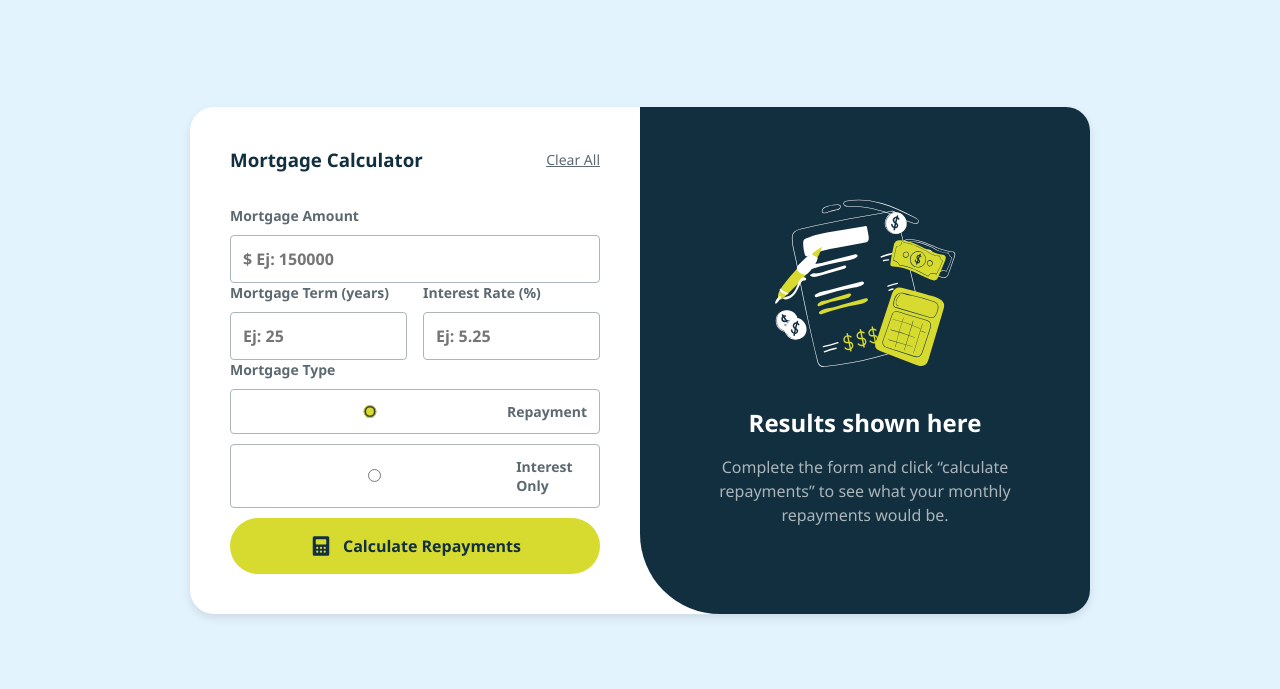
Repository: GravielPV/Mortgage-repayment-calculator
Page: index.html
These files come from the project's save history. The page is drawn as it stood at one moment and after a run of saves; the edit follows.
The browser window is 1280 px wide. The pictures show the whole page.

Above is the page before, as saved 2025-12-14 14:15:22.

### index.html
<!DOCTYPE html>
<html lang="en">
<head>
  <meta charset="UTF-8">
  <meta name="viewport" content="width=device-width, initial-scale=1.0"> <!-- displays site properly based on user's device -->

  <link rel="icon" type="image/png" sizes="32x32" href="./assets/images/favicon-32x32.png">
  <link rel="stylesheet" href="styles.css">
  <title>Frontend Mentor | Mortgage repayment calculator</title>


</head>
<body>
  <div class="carta">



  <div class="lado-izquierdo">

    <div class="header-form">
      <h3>Mortgage Calculator</h3>
      <a href="#" id="clear-all">Clear All</a>
    </div>

    <form id="mortgage-form">

      <!-- Mortgage Amount -->
      <div class="campo">
        <label for="input-mortgage">Mortgage Amount</label>

        <input
          type="number"
          id="input-mortgage"
          name="mortgage"
          placeholder="$ Ej: 150000">
      </div>

      <!-- Mortgage Term & Interest Rate -->
      <div class="grupo-doble">
        <div class="campo1">
          <label for="input-term">Mortgage Term (years)</label>
          <input
            type="number"
            id="input-term"
            name="term"
            placeholder="Ej: 25">
        </div>

        <div class="campo1">
          <label for="input-interest">Interest Rate (%)</label>
          <input
            type="number"
            step="0.01"
            id="input-interest"
            name="interest"
            placeholder="Ej: 5.25">
        </div>
      </div>

      <!-- Mortgage Type -->
      <div class="campo">
        <label>Mortgage Type</label>

        <div class="radios">
          <label class="radio arriba">
            <input type="radio" name="mortgage-type" value="repayment" checked id="repayment">
            Repayment
          </label>

          <label class="radio abajo">
            <input type="radio" name="mortgage-type" value="interest-only" id="interest-only">
            Interest Only
          </label>
        </div>
      </div>

      <!-- Botón -->
      <div class="boton">

        <button type="button" onclick="calcular()"> <img src="assets/images/icon-calculator.svg" alt="calculadora icon">Calculate Repayments</button>
      </div>



    </form>

  </div>




  <!-- Empty results start -->

  <div class="derecho">

    <img src="assets/images/illustration-empty.svg" alt="mostrar">

  <h3>Results shown here</h3>

  <p>Complete the form and click “calculate repayments” to see what
  your monthly repayments would be.</p>
  </div>

  <!-- Empty results end -->

  <!-- Completed results start -->

  <div class="resultado">
    <h3>Your results</h3>
    <p>Your results are shown below based on the information you provided.
    To adjust the results, edit the form and click “calculate repayments” again.</p>

    <div class="caja-resultados">
      <p>Your monthly repayments</p>
      <h1 id="monthly-repayment"></h1>

      <hr>

      <p>Total you'll repay over the term</p>
      <h3 id="total-repayment"></h3>
    </div>
  </div>

</div>

<!-- Completed results end -->

<script src="app.js"></script>
</body>
</html>

### styles.css
* {
    box-sizing: border-box;
    margin: 0;
    padding: 0;
    font-family: 'Segoe UI', Tahoma, Geneva, Verdana, sans-serif;
}

body {
    background-color: hsl(202, 86%, 94%);
    display: flex;
    justify-content: center;
    align-items: center;
    min-height: 100vh;
}

.carta {
    width: 100%;
    max-width: 900px;
    background-color: white;
    display: flex;
    border-radius: 24px;
    overflow: hidden;
    box-shadow: 0 4px 8px 0 rgba(0, 0, 0, 0.1);
    margin: 20px;
}

/* ---- Lado Izquierdo ---- */
.lado-izquierdo {
    width: 50%;
    padding: 40px;
    display: flex;
    flex-direction: column;
    gap: 24px;
}

.header-form {
    display: flex;
    justify-content: space-between;
    align-items: center;
    margin-bottom: 10px;
}

.header-form h3 {
    color: hsl(202, 55%, 16%);
}

.header-form a {
    color: hsl(200, 10%, 40%);
    text-decoration: underline;
    font-size: 14px;
    cursor: pointer;
}

.header-form a:hover {
    color: hsl(202, 55%, 16%);
}

/* Inputs */
.campo {
    display: flex;
    flex-direction: column;
    gap: 10px;
}

.campo label, .campo1 label {
    color: hsl(200, 10%, 40%);
    font-size: 14px;
    font-weight: bold;
}

.campo input, .campo1 input {
    padding: 12px;
    border: 1px solid hsl(200, 10%, 70%);
    border-radius: 4px;
    font-size: 16px;
    font-weight: bold;
    cursor: pointer;
    width: 100%;
}

.campo input:focus, .campo1 input:focus {
    outline: none;
    border-color: hsl(61, 70%, 52%);
}

.grupo-doble {
    display: flex;
    gap: 16px;
}

.campo1 {
    display: flex;
    flex-direction: column;
    gap: 10px;
    width: 50%;
}

/* Radio buttons */
.radios {
    display: flex;
    flex-direction: column;
    gap: 10px;
}

.radio {
    display: flex;
    align-items: center;
    border: 1px solid hsl(200, 10%, 70%);
    padding: 12px;
    border-radius: 4px;
    cursor: pointer;
    gap: 10px;
    font-weight: bold;
    color: hsl(202, 55%, 16%);
}

.radio:hover {
    border-color: hsl(61, 70%, 52%);
}

.radio input {
    margin: 0;
    accent-color: hsl(61, 70%, 52%);
}

/* Boton */
.boton {
    margin-top: 10px;
}

button {
    display: flex;
    align-items: center;
    justify-content: center;
    gap: 10px;
    padding: 16px 32px;
    background-color: hsl(61, 70%, 52%);
    border: none;
    color: hsl(202, 55%, 16%);
    border-radius: 30px;
    cursor: pointer;
    font-weight: bold;
    font-size: 16px;
    width: 100%;
    transition: background-color 0.3s;
}

button:hover {
    background-color: hsl(61, 70%, 70%);
}

/* ---- Lado Derecho ---- */
.derecho {
    width: 50%;
    background-color: hsl(202, 55%, 16%);
    color: white;
    padding: 40px;
    display: flex;
    flex-direction: column;
    justify-content: center;
    align-items: center;
    text-align: center;
    border-bottom-left-radius: 80px;
}

.derecho img {
    margin-bottom: 20px;
}

.derecho h3 {
    margin-bottom: 16px;
    font-size: 24px;
}

.derecho p {
    color: hsl(200, 10%, 70%);
    line-height: 1.5;
}

.resultado {
    display: none;
}


.resultado{
    background-color: hsl(202, 55%, 16%);
}

.resultado .caja-resultados {

    background-color: hsl(201, 46%, 7%);
    color: hsl(61, 70%, 52%);
}

/* Responsive */
@media (max-width: 768px) {
    body {
        align-items: flex-start;
        background-color: white;
    }

    .carta {
        flex-direction: column;
        border-radius: 0;
        margin: 0;
        box-shadow: none;
        max-width: 100%;
    }

    .lado-izquierdo, .derecho {
        width: 100%;
        padding: 24px;
    }

    .derecho {
        border-radius: 0;
        min-height: 400px;
    }

    .grupo-doble {
        flex-direction: column;
    }

    .campo1 {
        width: 100%;
    }
}

### app.js
// INPUTS
const montoInput = document.getElementById("input-mortgage");
const yearsInput = document.getElementById("input-term");
const interesInput = document.getElementById("input-interest");

// RADIOS
const repaymentRadio = document.getElementById("repayment");
const interestOnlyRadio = document.getElementById("interest-only");

// RESULTADOS
const resultadoBox = document.querySelector(".resultado");
const derechoBox = document.querySelector(".derecho");

const monthlyText = document.getElementById("monthly-repayment");
const totalText = document.getElementById("total-repayment");

// CLEAR ALL
const clearAllBtn = document.getElementById("clear-all");

// FORMATO MONEDA
function formatoMoneda(valor) {
  return new Intl.NumberFormat("en-US", {
    style: "currency",
    currency: "USD",
    minimumFractionDigits: 2,
  }).format(valor);
}

// CALCULAR
function calcular() {
  const monto = Number(montoInput.value);
  const years = Number(yearsInput.value);
  const interes = Number(interesInput.value) / 100;

  if (!monto || !years || !interes) {
    alert("Please complete all fields");
    return;
  }

  const r = interes / 12;
  const n = years * 12;

  let pagoMensual = 0;
  let pagoTotal = 0;

  // REPAYMENT
  if (repaymentRadio.checked) {
    pagoMensual =
      (monto * r * Math.pow(1 + r, n)) /
      (Math.pow(1 + r, n) - 1);

    pagoTotal = pagoMensual * n;
  }

  // INTEREST ONLY
  if (interestOnlyRadio.checked) {
    pagoMensual = monto * r;
    pagoTotal = pagoMensual * n;
  }

  // MOSTRAR RESULTADOS
  monthlyText.textContent = formatoMoneda(pagoMensual);
  totalText.textContent = formatoMoneda(pagoTotal);

  derechoBox.style.display = "none";
  resultadoBox.style.display = "block";
}

// CLEAR ALL
clearAllBtn.addEventListener("click", (e) => {
  e.preventDefault();

  montoInput.value = "";
  yearsInput.value = "";
  interesInput.value = "";

  repaymentRadio.checked = true;
  interestOnlyRadio.checked = false;

  resultadoBox.style.display = "none";
  derechoBox.style.display = "block";
});

After the next 4 saves:
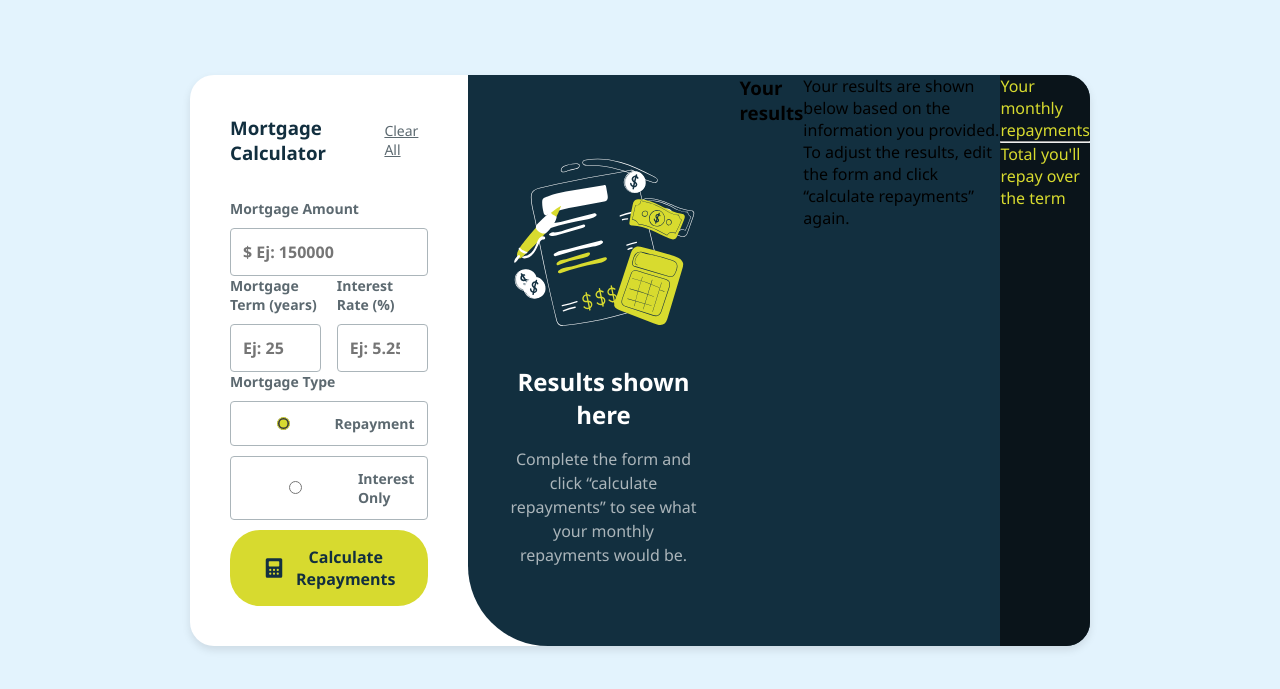
The 4 saves are shown as one change because they came seconds apart.
The last was saved 24 s later.
--- a/styles.css
+++ b/styles.css
@@ -184,6 +184,8 @@ button:hover {
 
 .resultado{
     background-color: hsl(202, 55%, 16%);
+    display: flex;
+    justify-content: center;
 }
 
 .resultado .caja-resultados {
